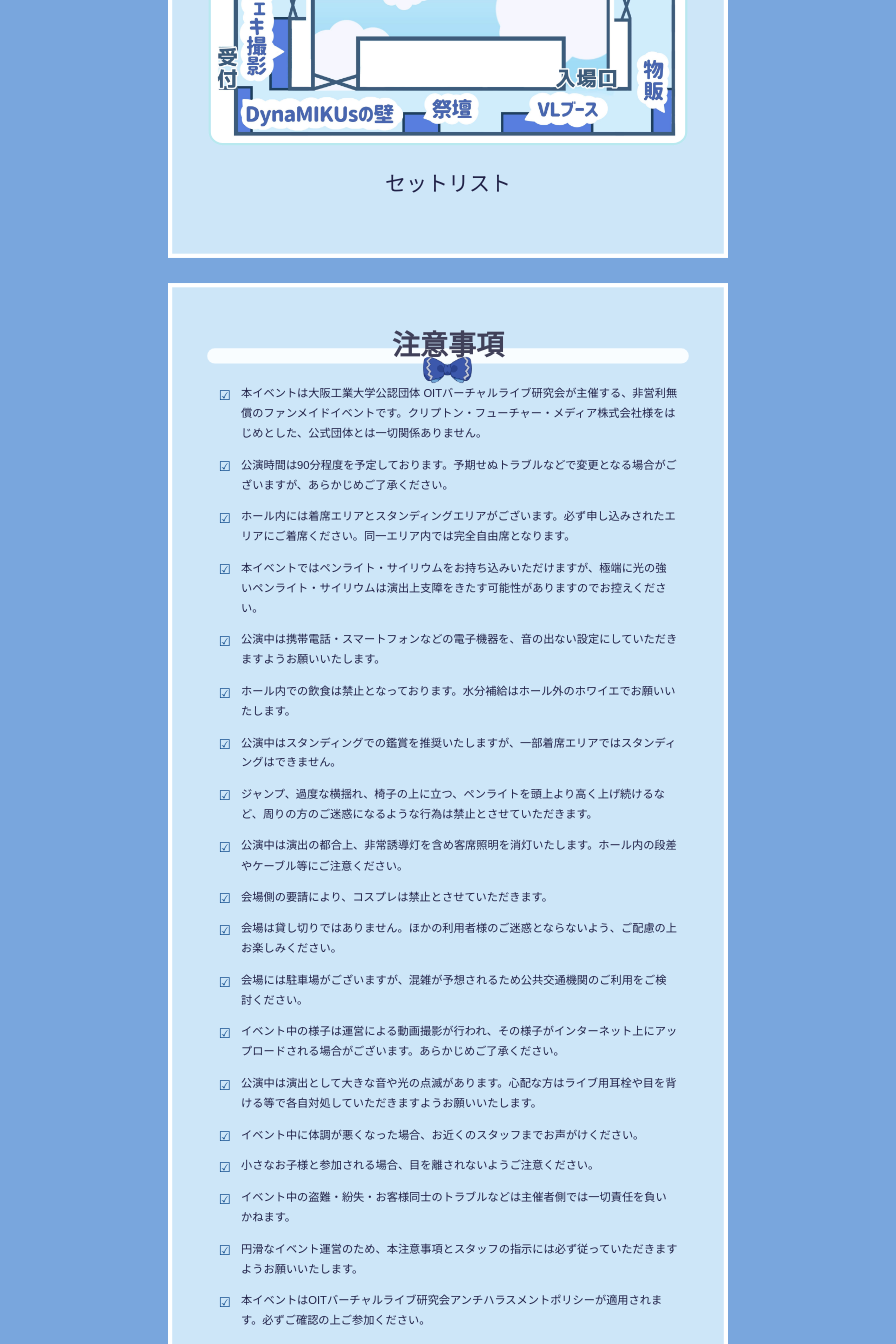
Repository: oitvl/oitvl.com
Page: dynamikus/2025/index.html
The author's editor kept a copy of each file at every save. The page is drawn from the files as they stood at one save, then again after the next save.
The browser window is 1280 px wide. The pictures show the part of the page from y = 4118 to 6038 px (the page is 7637 px tall before and 7691 px after), at 70% of full size.
A picture or video elsewhere on the page could not be fetched, so the positions and the page height are approximate. Some web fonts or font styles are not loaded; a fallback is used.

Above is the page before, as saved 2025-09-21 00:13:27.

### dynamikus/2025/index.html
<!DOCTYPE html>
<html lang="ja">

    <head>
        <meta charset="UTF-8">
        <meta name="viewport" content="width=device-width, initial-scale=1.0">
        <title>DynaMIKUs</title>
        <link rel="stylesheet" type="text/css" href="index.css">
        <link rel="preconnect" href="https://fonts.googleapis.com">
        <link rel="preconnect" href="https://fonts.gstatic.com" crossorigin>
        <link href="https://fonts.googleapis.com/css2?family=M+PLUS+Rounded+1c&display=swap" rel="stylesheet">
        <link href="https://fonts.googleapis.com/css2?family=IBM+Plex+Sans+JP&family=M+PLUS+Rounded+1c&display=swap" rel="stylesheet">
    </head>

    <body>
        <div class="background">
            <img src="main_back.png">
        </div>

        <!-- ★★★ 画面に固定するUIの専用レイヤー ★★★ -->
        <div class="fixed-ui-layer">
            <div class="sns">
                <a href="https://x.com/oit_vlken" target="_blank" rel="noopener noreferrer">
                    <img src="X-Logo.png" alt="X Logo">
                </a>
                <a href="https://www.instagram.com/oit_vlken/" target="_blank" rel="noopener noreferrer">
                    <img src="Instagram-Logo.png" alt="Instagram Logo">
                </a>
                <a href="https://www.oitvl.com/" target="_blank" rel="noopener noreferrer" style="fill: white;">
                    <svg xmlns="http://www.w3.org/2000/svg" fill="currentColor" class="bi bi-house-fill" viewBox="0 0 16 16">
  <path d="M8.707 1.5a1 1 0 0 0-1.414 0L.646 8.146a.5.5 0 0 0 .708.708L8 2.207l6.646 6.647a.5.5 0 0 0 .708-.708L13 5.793V2.5a.5.5 0 0 0-.5-.5h-1a.5.5 0 0 0-.5.5v1.293z"/>
  <path d="m8 3.293 6 6V13.5a1.5 1.5 0 0 1-1.5 1.5h-9A1.5 1.5 0 0 1 2 13.5V9.293z"/>
</svg>
                </a>
            </div>

            <div class="popup">
                <ul>
                    <li><a href="#DynaMInfo">DynaMIKUsとは</a></li>
                    <li><a href="#liveInfo">ライブ情報</a></li>
                    <li><a href="#ticketSeat">チケット</a></li>
                    <li><a href="#seat">座席表</a></li>
                    <li><a href="#shop">物販</a></li>
                    <li><a href="#attention">注意事項</a></li>
                    <li><a href="#access">アクセス</a></li>
                </ul>
            </div>

        </div>

        <!-- ★★★ スクロールするコンテンツの専用レイヤー ★★★ -->
        <div class="hero-section">
            <div id="mainimg">
                <img src="main.png" alt="Main Visual">
            </div>

        </div>

        <div class="menu">
            <div id="logoObj">
                <label for="label1">
                    <div class="logo"></div>
                </label>
            </div>
            <input type="checkbox" id="label1" />
        </div>

        <div id="quickInfo">
            <p><strong>2025年9月23日（火・祝）</strong></p>
            <p>17:00開場 17:30開演</p>
            <p>高槻城公園芸術文化劇場 トリシマホール</p>
            <p>入場無料</p>
        </div>

        <div class="scroll-content-layer">
            <main class="content-wrapper">
                <section class="contents" id="DynaMInfo">
                    <h3>ライブテーマ</h3>
                    <div class="rectangle"><div class="ribbon"></div></div>
                    <br>
                    今回のテーマは
                    <div class="theme">『テストフライト！』</div>
                    <p>
                        「挑戦」って難しい<br>
                        「一歩」って遠い<br>
                        <br>
                        諦めかけた景色は<br>
                        ほんの少しのきっかけで<br>
                        すぐ目の前に広がるかもしれない<br>
                        <br>
                        ミクと一緒に飛び立とう<br>
                        まだ終わらない、あの夏の向こうへ！<br>
                    </p>
                    <br>
                    <h4>DynaMIKUsとは</h4>
                    <p>
                        OITバーチャルライブ研究会による<br>
                        初音ミクファンメイドライブプロジェクト『DynaMIKUs』<br>
                        <br>
                        ダイナミックなミクの姿を描けるように日々研究を重ねています。
                        <br>
                    </p>
                </section>

                <section class="contents" id="liveInfo">
                    <h3>タイムテーブル</h3>
                    <div class="rectangle"><div class="ribbon"></div></div>
                    <p>
                        15:00&emsp;企画展OPEN<br>
                        17:00&emsp;ライブ開場<br>
                        17:30&emsp;ライブ開演<br>
                        20:00&emsp;会場CLOSE
                    </p>
                </section>

                <section class="contents" id="ticketSeat">
                    <h3>チケット</h3>
                    <div class="rectangle"><div class="ribbon"></div></div>
                    <p>
                        チケットは2種類！<br>
                        着席エリアとスタンディングエリアから選べます<br>
                    </p>
                    <div id="ticket">
                        <div class="ticBlock">
                            <h3>着席</h3>
                            <img src="sitting.png" alt="着席エリアのイメージ">
                            <p>着席しながらライブをお楽しみいただけます（立ち上がっての観覧はできません）。</p>
                        </div>
                        <div class="ticBlock">
                            <h3>スタンディング</h3>
                            <img src="standing.png" alt="スタンディングエリアのイメージ">
                            <p>スタンディング推奨のエリアです（着席していただいてもかまいません）。</p>
                        </div>
                    </div>
                    <div class="seat">
                        <h4>座席配置</h4>
                        <img src="seat.png" alt="座席図">
                        <p>※申し込み状況により座席配置は変更となる場合がございます。</p>
                    </div>
                    <div class="ticket-info">
                        <div class="ticket-jump"><a href="https://t.livepocket.jp/e/dynamikus">チケットの事前申込はこちら！</a></div>
                        <div class="ticket-notion">※LivePocket（外部サイト）に遷移します</div>
                    </div>
                </section>

                <section class="contents" id="kikaku">
                    <h3>搭乗ロビー</h3>
                    <div class="rectangle"><div class="ribbon"></div></div>
                    <p class="coming-soon">
                        企画展『搭乗ロビー』同時開催決定！！<br>
                        <!-- --------2025/09/20更新------- -->
                        <ul>
                            <li>
                                <img src="DynaMIKUs_boothMap.jpg" alt="kaijou map">
                            </li>
                            <li>
                                <p>セットリスト</p>
                            </li>
                        </ul>
                        <!-- ---------------------------- -->
                    </p>
                </section>

                <!--
                <section class="contents" id="shop">
                    <h3>物販</h3>
                    <div class="rectangle"><div class="ribbon"></div></div>
                    <p class="coming-soon">―― Coming soon彡 ――</p>
                </section>
            -->

                <section class="contents" id="attention">
                    <h3>注意事項</h3>
                    <div class="rectangle"><div class="ribbon"></div></div>
                    <div class="notes-container">
                        <ul>
                            <li>本イベントは大阪工業大学公認団体 OITバーチャルライブ研究会が主催する、非営利無償のファンメイドイベントです。クリプトン・フューチャー・メディア株式会社様をはじめとした、公式団体とは一切関係ありません。</li>

                            <li>公演時間は90分程度を予定しております。予期せぬトラブルなどで変更となる場合がございますが、あらかじめご了承ください。</li>
                            <li>ホール内には着席エリアとスタンディングエリアがございます。必ず申し込みされたエリアにご着席ください。同一エリア内では完全自由席となります。</li>
                            <li>本イベントではペンライト・サイリウムをお持ち込みいただけますが、極端に光の強いペンライト・サイリウムは演出上支障をきたす可能性がありますのでお控えください。</li>
                            <li>公演中は携帯電話・スマートフォンなどの電子機器を、音の出ない設定にしていただきますようお願いいたします。</li>
                            <li>ホール内での飲食は禁止となっております。水分補給はホール外のホワイエでお願いいたします。</li>
                            <li>公演中はスタンディングでの鑑賞を推奨いたしますが、一部着席エリアではスタンディングはできません。</li>
                            <li>ジャンプ、過度な横揺れ、椅子の上に立つ、ペンライトを頭上より高く上げ続けるなど、周りの方のご迷惑になるような行為は禁止とさせていただきます。</li>
                            <li>公演中は演出の都合上、非常誘導灯を含め客席照明を消灯いたします。ホール内の段差やケーブル等にご注意ください。</li>

                            <li>会場側の要請により、コスプレは禁止とさせていただきます。</li>
                            <li>会場は貸し切りではありません。ほかの利用者様のご迷惑とならないよう、ご配慮の上お楽しみください。</li>
                            <li>会場には駐車場がございますが、混雑が予想されるため公共交通機関のご利用をご検討ください。</li>

                            <li>イベント中の様子は運営による動画撮影が行われ、その様子がインターネット上にアップロードされる場合がございます。あらかじめご了承ください。</li>
                            <li>公演中は演出として大きな音や光の点滅があります。心配な方はライブ用耳栓や目を背ける等で各自対処していただきますようお願いいたします。</li>
                            <li>イベント中に体調が悪くなった場合、お近くのスタッフまでお声がけください。</li>
                            <li>小さなお子様と参加される場合、目を離されないようご注意ください。</li>
                            <li>イベント中の盗難・紛失・お客様同士のトラブルなどは主催者側では一切責任を負いかねます。</li>
                            <li>円滑なイベント運営のため、本注意事項とスタッフの指示には必ず従っていただきますようお願いいたします。</li>
                            <li>本イベントはOITバーチャルライブ研究会アンチハラスメントポリシーが適用されます。必ずご確認の上ご参加ください。</li>

                            <li>本イベントは、予期せぬトラブルなどにより、予告なく内容の変更及び延期、中止等を行う可能性がございます。あらかじめご了承ください。</li>
                            <li>最新の情報はOITバーチャルライブ研究会公式Xをご確認ください。</li>
                            <li>生ネギの持ち込みはご遠慮ください。</li>
                        </ul>
                    </div>
                </section>

                <section class="contents" id="access">
                    <h3>アクセス</h3>
                    <div class="rectangle"><div class="ribbon"></div></div>
                    <p>阪急高槻市駅から徒歩約8分<br>
                        JR高槻駅から徒歩約13分<br><br>
                        高槻市営バス「阪急高槻駅」下車徒歩約8分<br>
                        京阪バス「阪急高槻」（京阪枚方発）下車徒歩約8分<br>
                    </p>
                    <div class="map">
                        <iframe
                            src="https://www.google.com/maps/embed?pb=!1m18!1m12!1m3!1d3274.476653848844!2d135.62123449999999!3d34.8442487!2m3!1f0!2f0!3f0!3m2!1i1024!2i768!4f13.1!3m3!1m2!1s0x60011d006a0f2821%3A0xec54a54e85d12ec0!2z44OI44Oq44K344Oe44Ob44O844Or!5e0!3m2!1sja!2sjp!4v1753082061045!5m2!1sja!2sjp"
                            allowfullscreen loading="lazy"
                            referrerpolicy="no-referrer-when-downgrade"></iframe>
                    </div>
                </section>
            </main>

        </div>
    </body>
    <footer>
        <h3>お問い合わせ</h3>
        <p><a href="https://docs.google.com/forms/d/1O2vwXvjGlmM7xU60nBuzxTgOYp0_djwD8fOec9hPNIA/">DynaMIKUs専用お問い合わせフォーム</a></p>
        <div id="QA">
            <p><a href="https://x.com/oit_vlken" target="_blank"
                    rel="noopener noreferrer">Twitter:@oit_vlken</a></p>
            <p><a href="https://www.instagram.com/oit_vlken/" target="_blank"
                    rel="noopener noreferrer">Instagram:oit_vlken</a></p>
            <p><a href="https://www.oitvl.com/" target="_blank"
                    rel="noopener noreferrer">OITVL HP</a></p>
        </div>
        <div><a
                href="https://www.oitvl.com/policy">アンチハラスメントポリシー/プライバシーポリシー</a></div>
        <ul class="license">
            <li>当団体が制作したコンテンツにはピアプロ・キャラクター・ライセンスに基づいて、クリプトン・フューチャー・メディア株式会社のキャラクター「初音ミク」を描いたものが含まれています。</li>
            <li>「初音ミク」はクリプトン・フューチャー・メディア株式会社の著作物です。</li>
            <li>©Crypton Future Media, INC. www.piapro.net</li><br>
            <li>当団体のイベントはピアプロ・キャラクター・ライセンスおよび著作権法第38条第1項（営利を目的としない上演等）、第20条（同一性保持権）に基づいて実施します。</li>
            <li>当団体は学生による大学公認の課外活動団体であり、所属大学およびクリプトン・フューチャー・メディア等が開催する公式のイベント・団体とは一切関係ありません。</li>
            <li>©2025 OITバーチャルライブ研究会</li>
        </ul>
    </footer>
</html>

### dynamikus/2025/index.css
@charset "UTF-8";
* {
  margin: 0;
  padding: 0;
  box-sizing: border-box;
}

html {
  scroll-behavior: smooth;
}

body {
  background-color: rgb(121, 166, 221);
  overflow-x: hidden;
  font-family: "IBM Plex Sans JP", sans-serif;
  color: #212147;
}

/* ---------背景------- */
.background {
  position: fixed;
  top: 0;
  left: 0;
  width: 100%;
  height: 100vh;
}

.background img{
  position: absolute;
  top: 0;
  left: 0;
  width: 100%;
  height: 100vh;
  object-fit: cover; /* 背景画像を画面全体にフィットさせる */
  z-index: -1; /* 背景画像を最背面に配置 */
}


/* ------固定UIレイヤー------*/
.fixed-ui-layer {
  position: fixed;
  top: 0;
  left: 0;
  width: 100%;
  height: 100vh;
  pointer-events: none; /* 下のコンテンツをクリックできるように */
  z-index: 100;
}

.menu,
.sns,
.popup,
#quickInfo {
  pointer-events: auto; /* UI要素はクリックできるように */
}

/* メニューとロゴ（画面に固定） */
.menu {
  position:absolute;
  top: 0;
  /*bottom: 4vh;*/
  left: 50%;
  transform: translateX(-50%);
  margin-top: 34vh;
  width: 80vw;
  height: 50vh;
  max-width: 500px;
  max-height: 500px;
  z-index: 20;;
}

#logoObj {

  width: 100%;
  height: 100%;
  cursor: pointer;
  /*
  animation: grow-progress linear;
  animation-timeline: scroll(root);
  */
  /* ★★★ スクロールアニメーションは削除 ★★★ */
}

.logo {
  margin: 0;
  width: 100%;
  height: 100%;
  /* background-image: url("DynaMIKUs-Logo-color.png"); */
  background-image: url("DynaMIKUs-Logo-color.svg");
  background-size: contain;
  background-repeat: no-repeat;
  background-position: center;
  animation: fuwafuwa 1.5s ease-in-out infinite alternate;

  /* transition: transform 0.3s ease; */
}

.logo:hover {
  transform: scale(1.1);
}
@keyframes grow-progress {
    0% {
        transform: translate(0,0);
    }
    6%{
        transform: translate(0,0);
    }
    10% {
        transform: translate(30vw,0);
    }
    100%{
        transform: translate(30vw,0);
    }
}

.logo p{
    position: relative;top:2vh;
    margin-left: 40%;
    font-size: 18px;
    color: aliceblue;
    animation: fuwafuwa 1.5s ease-in-out infinite alternate;
}
@keyframes fuwafuwa {
  0% {
    transform:translate(0, 0);
  }
  50% {
    transform:translate(0, -1.5vh);
  }
  100% {
    transform:translate(0, 0);
  }
}

.menu input {
  display: none;
}

.menu input:checked + .popup {
  transform: translateX(-50%) scale(1);
  opacity: 1;
}

.popup {
  padding: 10px;
  /* .menu input:checked + .popupの場所と同じにすると同じ場所からpopupが出て戻る */
  position: absolute;
  top: -60vh;

  transform: scale(0);
  overflow: hidden;
  width: 20vw;
  min-width: 270px;
  opacity: 0;
  transition: 0.2s;

  margin: 10vw;
  display: block;

  border-top-width: 5px;
  border-bottom-width: 5px;
  border-top-style: double;
  border-bottom-style: double;
  border-color: rgb(17, 76, 140);

  border-radius: 3px;

  background-color: rgba(238, 238, 238, 0.712);
  /* position: absolute;
  bottom: 110%;
  left: 50%;
  transform: translateX(-50%) scale(0);
  transform-origin: bottom center;
  width: 280px;
  opacity: 0;
  transition: transform 0.3s ease, opacity 0.3s ease;
  padding: 15px;
  border-radius: 8px;
  background-color: rgba(250, 250, 250, 0.9);
  backdrop-filter: blur(5px);
  border: 2px double rgb(17, 76, 140); */
}

.popup ul {
  padding-left: 0;
  list-style: none;
}
.popup li {
  font-size: 22px;
  line-height: 2;
  text-align: center;
  font-family: "M PLUS Rounded 1c", sans-serif;
  position: relative;
  border-bottom: 1px dashed rgb(248, 248, 248);
}
.popup li::before {
    content: "";
    display: block;
    justify-content:center;
    width: 1rem;
    height: 0.5rem;

    border-left: 2px solid rgb(248, 248, 248);
    border-bottom: 2px solid rgb(248, 248, 248);
    transform: rotate(-45deg);
    position: absolute;top:0.7em;left: 0.7em;
}
.popup a {
  color: #1d1d24;
  text-decoration: none;
  display: block;
  transition: color 0.2s;
}
.popup a:hover {
  color: rgb(62, 147, 220);
}
.c-checkbox input[type="checkbox"] {
  display: none;
}

/* input要素の代替（外側）：チェック後 */
.c-checkbox input[type="checkbox"]:checked + .c-checkbox__input::before {
  background-color: #fcfcfc;
  border-radius: 4px;
}

/* input要素の代替（内側）：チェック後 */
.c-checkbox input[type="checkbox"]:checked + .c-checkbox__input::after {
  width: 10px;
  height: 10px;
  background-color: gray;
  border-radius: 50%;
  top: 5px;
  left: 5px;
}

/* SNSアイコン（画面に固定） */
.sns {
  position: absolute;
  top: 20px;
  left: 20px;
  display: flex;
  flex-direction: column;
  gap: 15px;
}
.sns a {
  padding: 8px;
  background-color: rgba(35, 29, 35, 0.4);
  border-radius: 5px;
  color: #ffffff;
  text-decoration: none;
  transition: background-color 0.3s;
}
.sns a:hover {
  background-color: rgba(35, 29, 35, 0.7);
}
.sns img {
  width: 35px;
  height: 35px;
  display: block;
}

/* --------------------- */
/* ------スクロールコンテンツレイヤー------*/
.scroll-content-layer {
  position: relative;
  z-index: 1; /* 固定レイヤーより下にする */
}

.hero-section {
  width: 100vw;
  height: 100vh;
  position: relative;
  padding-top: 30px;
  padding-bottom: 100px;
  top: 0;
  /* overflow: hidden; ★重要：アニメーションのはみ出しを隠す */
}

/*#hide {
  position: absolute;
  top: 0;
  width: 100%;
  height: 100%;
  z-index: 2;
}*/

/*#mainimg{
  width : 100%;
  height: 100%;
}*/

#mainimg {
  position: relative;
  top: 0;
  z-index: 1;
  height: 100%;
  animation: fadeIn1s 1.5s 1.5s forwards;
  opacity: 0;
  overflow: hidden;
  display: flex;
  justify-content: center;
}

#mainimg img{

  height: 100%;
}


@keyframes fadeIn1s {
  0% {
    transform: translate(-70%, 50%);
  }
  64% {
    transform: scale(3) translate(-10%, 27%);
  }
  100% {
    transform: scale(1) translate(0, 0);
    opacity: 1;
  }
}

#backimg img {
  position: absolute;
  top: 0;
  left: 0;
  right: 0;
  z-index: -1;
  background-repeat: no-repeat;
  background-size: 100%;
  width: 100vw;
  animation: fadeIn1s_backimg 3s forwards;
  opacity: 0;
}
@keyframes fadeIn1s_backimg {
  0% {
  }
  55% {
    transform: scale(1.2);
  }
  100% {
    transform: scale(1);
    opacity: 1;
  }
}

/* ライブ情報（画面に固定） */
#quickInfo {
  position: absolute;
  bottom: 60px;
  right: 3vw;
  text-align: right;
  font-family: "M PLUS Rounded 1c", sans-serif;
  color: #ffffff;
  /*font-size: min(2.1vw,22px);*/
  border: #fcfcfca8 solid 2px;
  border-radius: 10px;
  background-color: #2121475c;
  padding: 10px 20px;
  z-index: 20;
}

.content-wrapper {
  position: relative;
  z-index: 0;
}

.contents {
  font-size: 18px;
  padding: 50px 30px;
  width: 90%;
  max-width: 800px;
  margin: 0 auto 5vh auto;
  border: 6px solid rgb(255, 255, 255);
  text-align: center;
  background-color: rgba(227, 247, 255, 0.8);
}

/* (以下、.contents 内部や footer のスタイルは変更なし) */
/* ... */
.contents h3 {
  font-family: "M PLUS Rounded 1c", sans-serif;
  font-weight: 800;
  /* font-size: 40px; */
  color: #404059;
  margin-bottom: 20px;
  font-size: min(8vw, 40px);
  z-index: 2;
  position: relative;
}

.rectangle {
  top: -0.5em;
  /*z-index: -1;*/
  /*max-width: 22em;*/
  height: 1.2em;
  border-radius: 10em;
  background-color: rgb(249, 253, 255);
  margin: -35px 20Px 0 20px;
  position: relative;
}

.ribbon {
  top: 0.4em;
  background-image: url("リボン.png");
  width: 6em;
  height: 4em;
  background-size: contain;
  background-repeat: no-repeat;
  margin: -15px auto 15px auto;
  position: relative;
}

.contents p {
  width: 100%;
  text-align: center;
  margin: 20px 0;
  line-height: 1.8;
}

.theme {
  font-size: 26px;
  font-weight: 800;
  color: #ff8f45;
  font-family: "M PLUS Rounded 1c", sans-serif;
}

#ticket {
  width: 100%;
  display: flex;
  flex-wrap: wrap;
  justify-content: center;
  align-items: flex-start;
  gap: 30px;
  margin-top: 20px;
}
.ticBlock {
  width: 100%;
  max-width: 300px;
  color: #404059;
  font-family: "M PLUS Rounded 1c", sans-serif;
}
.ticBlock img {
  width: 100%;
  height: auto;
  object-fit: cover;
  border: 3px solid #b8e9ef;
  border-radius: 20px;
  margin-top: 10px;
}
.ticket-info {
  width: 100%;
  margin-top: 20px;

}
.ticket-jump a {
  text-decoration: none;
  color: #ff8f45;
  transition: color 0.2s;
  font-size: min(6vw,1.8rem);
  font-family: "M PLUS Rounded 1c", sans-serif;
  font-weight: 800;
}
.ticket-info a:hover {
  color: rgb(96, 255, 228);
}

.ticket-notion {
  font-size: 14px;
  margin-top: 10px;
  text-align: center;
}

/*--------2025/09/20更新-------*/
#setori img{
  width: 100%;
  height: auto;
  object-fit: cover;
  border: 3px solid #b8e9ef;
  border-radius: 20px;
  margin-top: 10px;
}

#kikaku ul{
  list-style: none;
}

#kikaku img{
  width: 100%;
  height: auto;
  object-fit: cover;
  border: 3px solid #b8e9ef;
  border-radius: 20px;
  margin-top: 10px;
}

#kikaku li{
  margin: 3%;
  font-size: min(8vw, 30px);
}

#kikaku li h3{
  margin-top: 10%;
}
/*------------------------*/

.map {
  width: 100%;
  aspect-ratio: 16 / 9;
  position: relative;
  margin-top: 20px;
  border: 3px solid #b8e9ef;
  border-radius: 10px;
  overflow: hidden;
}

.map iframe {
  position: absolute;
  top: 0;
  left: 0;
  width: 100%;
  height: 100%;
  border: none;
}

.seat img {
  position: relative;
  /**/
  width: 500px;
  max-width: 70vw;
  border: 3px solid #b8e9ef;
  border-radius: 20px;
  display: block;
  margin: 30px auto;
}

.notes-container {
  width: 90%;
  margin: 0 auto;
}
.notes-container ul {
  list-style: none;
  margin: 20px 0;
}
.notes-container li {
  text-align: left;
  position: relative;
  font-size: 16px;
  line-height: 1.8;
  padding-left: 2rem;
  margin-bottom: 1rem;
}
.notes-container li::before {
  content: "☑";
  display: block;
  position: absolute;
  top: 0;
  left: 0;
  color: rgb(17, 76, 140);
  font-size: 1.2rem;
}

footer {
  position: relative;
  z-index: 20; /*ロゴメニューより上にくるように*/
  text-align: center;
  background-color: rgb(249, 253, 255);
  padding: 50px 20px;
  font-family: "IBM Plex Sans JP", sans-serif;
  color: #313147;
}

footer h3 {
  font-family: "M PLUS Rounded 1c", sans-serif;
  font-weight: 800;
  font-size: 30px;
  color: #404059;
  margin-bottom: 20px;
}

#QA {
  display: flex;
  justify-content: center;
  align-items: center;
  flex-wrap: wrap;
  gap: 30px;
  margin-bottom: 20px;
}

#QA p,
footer > div {
  margin: 10px;
}

footer a {
  text-decoration: none;
  color: #313147;
  transition: color 0.2s;
}
footer a:hover {
  color: rgb(62, 147, 220);
}
.license {
  font-size: 12px;
  margin-top: 40px;
  max-width: 800px;
  margin-left: auto;
  margin-right: auto;
  line-height: 1.6;
  color: #555;
  list-style: none;
}
.license li {
  padding-left: 0;
}
.license li::before {
  content: none;
}

After the next save:
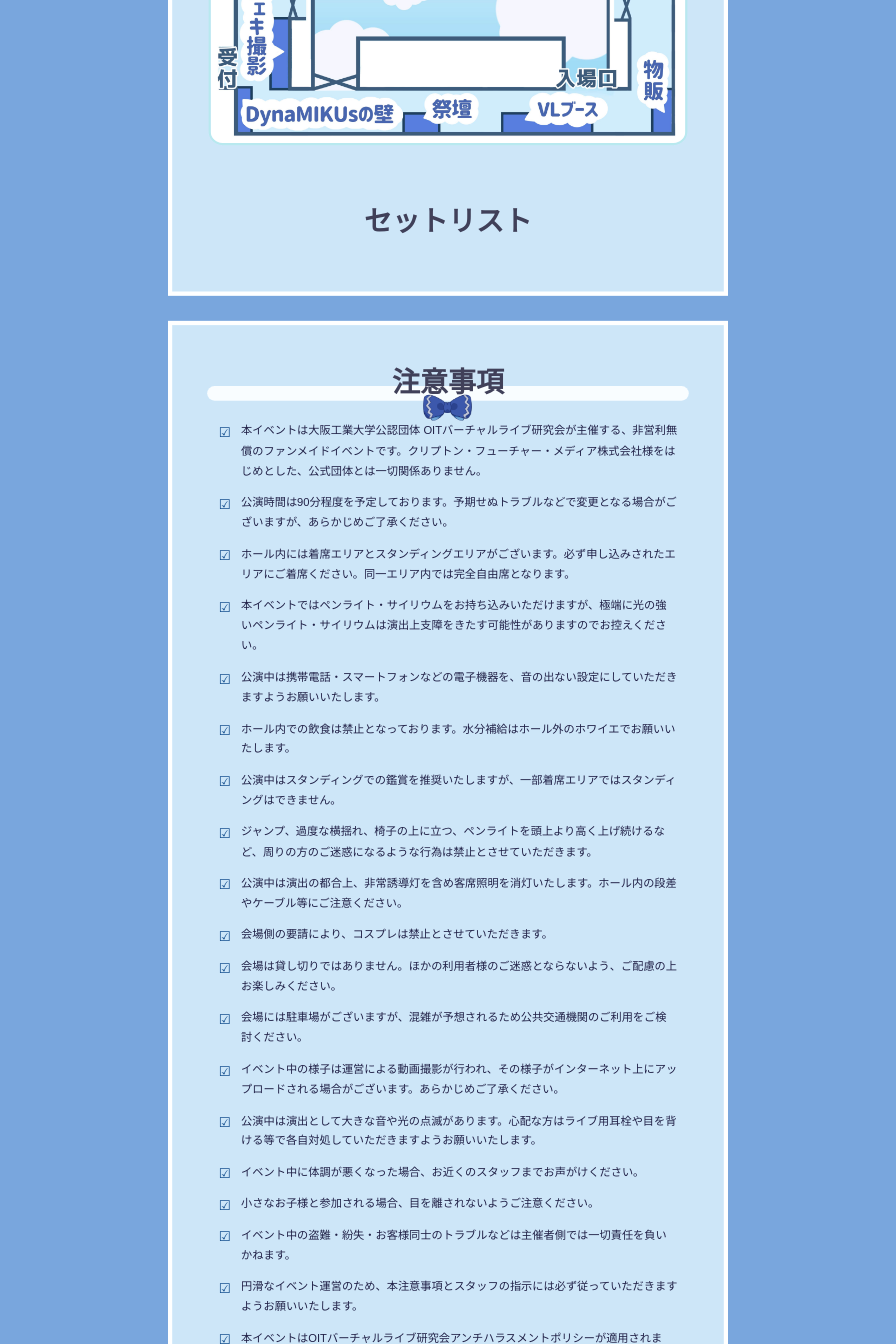
Saved 27 s later.
--- a/dynamikus/2025/index.html
+++ b/dynamikus/2025/index.html
@@ -154,7 +154,7 @@
                                 <img src="DynaMIKUs_boothMap.jpg" alt="kaijou map">
                             </li>
                             <li>
-                                <p>セットリスト</p>
+                                <h3>セットリスト</h3>
                             </li>
                         </ul>
                         <!-- ---------------------------- -->
